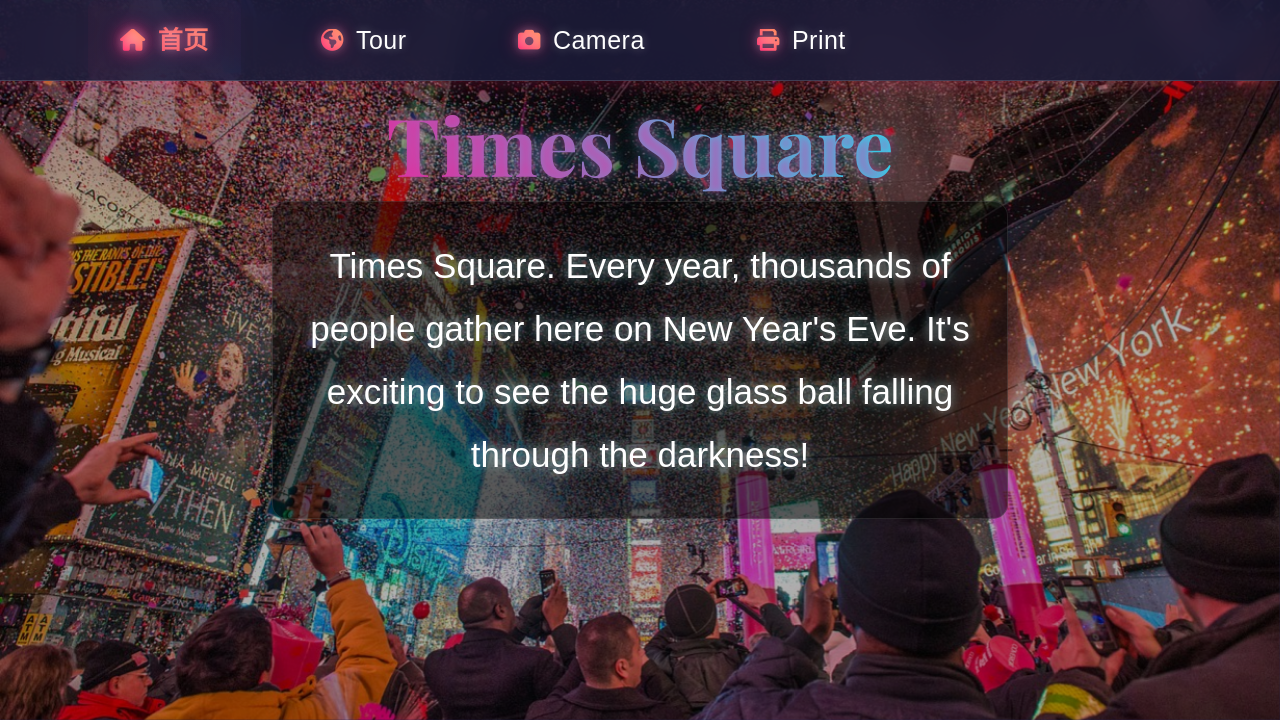
Repository: huang-heavenly-Emperor/NewYork
Page: times-square.html
The author's editor kept a copy of each file at every save. The page is drawn from the files as they stood at one save, then again after the next save.
The browser window is 1280 px wide. The pictures show the whole page.

Above is the page before, as saved 2024-12-12 10:03:21.

After the next save:
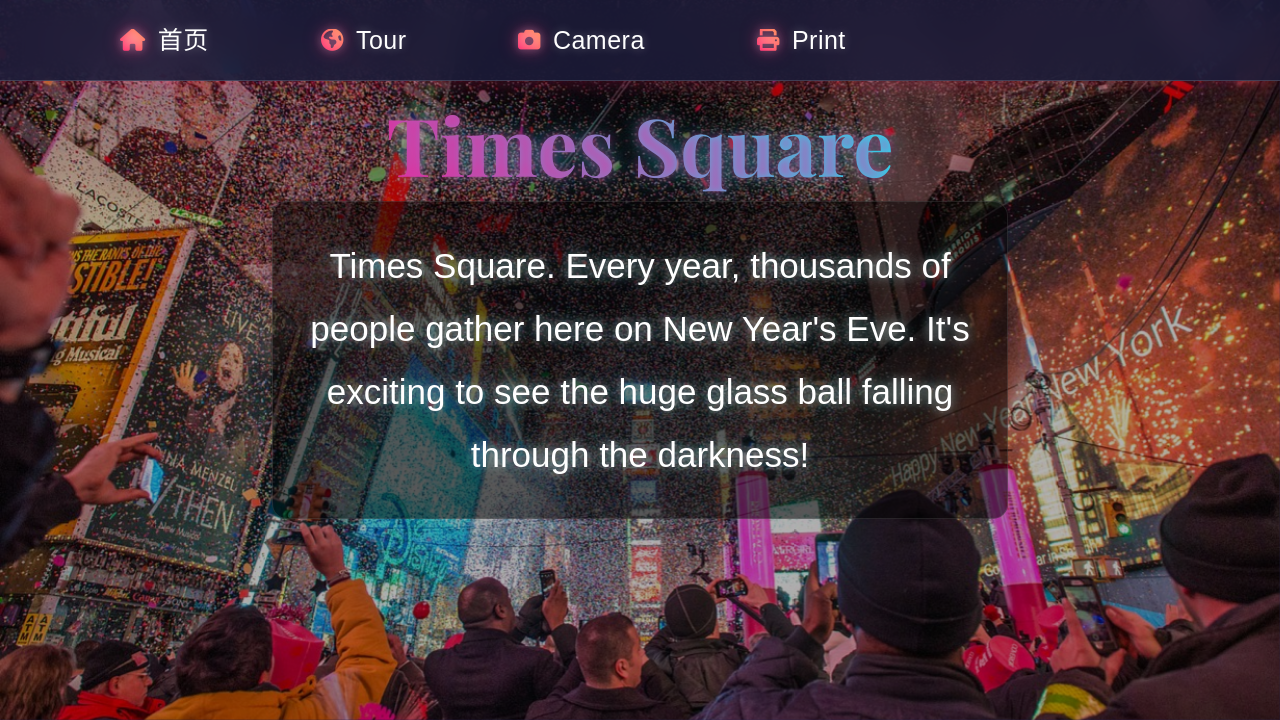
Saved 4 s later.
--- a/times-square.html
+++ b/times-square.html
@@ -17,67 +17,67 @@
   <nav class="main-nav">
     <ul class="nav-links">
       <li>
-        <a href="/" class="active">
+        <a href="index.html">
           <i class="fas fa-home"></i>
           首页
         </a>
       </li>
       <li class="dropdown">
-        <a href="/tour">
+        <a href="tour.html">
           <i class="fas fa-globe-americas"></i>
           Tour
         </a>
         <ul class="dropdown-menu">
           <li>
-            <a href="/asia">
+            <a href="asia.html">
               <i class="fas fa-torii-gate"></i>
               Asia
             </a>
           </li>
           <li>
-            <a href="/africa">
+            <a href="africa.html">
               <i class="fas fa-sun"></i>
               Africa
             </a>
           </li>
           <li>
-            <a href="/europe">
+            <a href="europe.html">
               <i class="fas fa-landmark"></i>
               Europe
             </a>
           </li>
           <li class="nested-dropdown">
-            <a href="/america">
+            <a href="america.html">
               <i class="fas fa-flag-usa"></i>
               America
             </a>
             <ul class="nested-dropdown-menu">
               <li class="usa-dropdown">
-                <a href="/usa">
+                <a href="usa.html">
                   <i class="fas fa-star"></i>
                   The USA
                 </a>
                 <ul class="usa-dropdown-menu">
                   <li>
-                    <a href="/wall-street">
+                    <a href="wall-street.html">
                       <i class="fas fa-chart-line"></i>
                       Wall Street
                     </a>
                   </li>
                   <li>
-                    <a href="/times-square">
+                    <a href="times-square.html" class="active">
                       <i class="fas fa-city"></i>
                       Times Square
                     </a>
                   </li>
                   <li>
-                    <a href="/san-francisco">
-                      <i class="fas fa-bridge"></i>
-                      San Francisco
+                    <a href="central-park.html">
+                      <i class="fas fa-tree"></i>
+                      Central Park
                     </a>
                   </li>
                   <li>
-                    <a href="/broadway">
+                    <a href="broadway.html">
                       <i class="fas fa-theater-masks"></i>
                       Broadway
                     </a>
@@ -87,7 +87,7 @@
             </ul>
           </li>
           <li>
-            <a href="/others">
+            <a href="others.html">
               <i class="fas fa-ellipsis-h"></i>
               Others
             </a>
@@ -95,13 +95,13 @@
         </ul>
       </li>
       <li>
-        <a href="/camera">
+        <a href="camera.html">
           <i class="fas fa-camera"></i>
           Camera
         </a>
       </li>
       <li>
-        <a href="/print">
+        <a href="print.html">
           <i class="fas fa-print"></i>
           Print
         </a>
